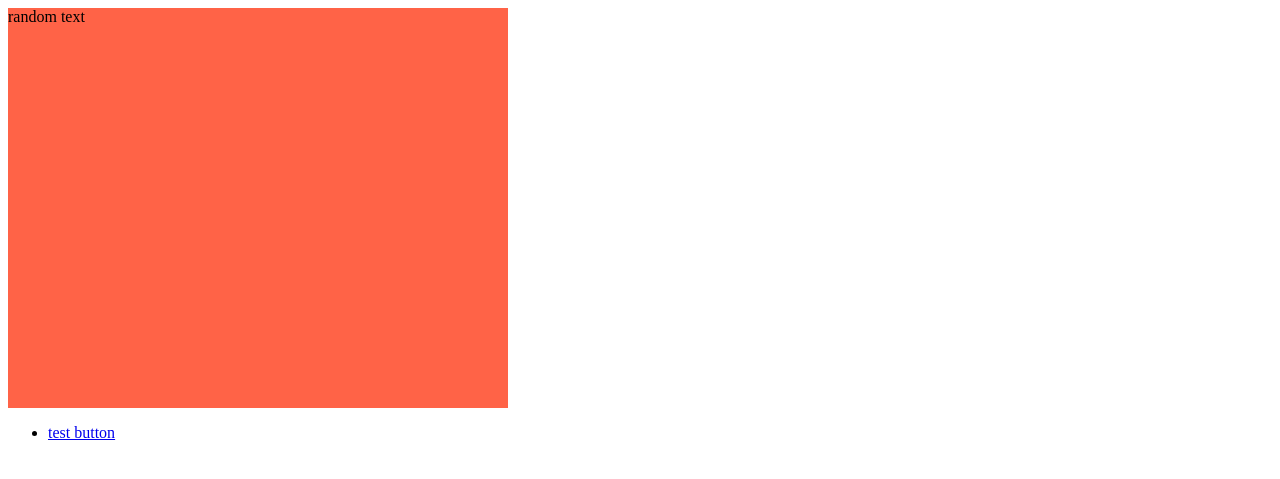
Repository: rohdejakub/portfolio
Page: test.html
The author's editor kept a copy of each file at every save. The page is drawn from the files as they stood at one save, then again after a run of saves.
The browser window is 1280 px wide. The pictures show the whole page.

Above is the page before, as saved 2018-11-13 00:08:58.

After the next 2 saves:
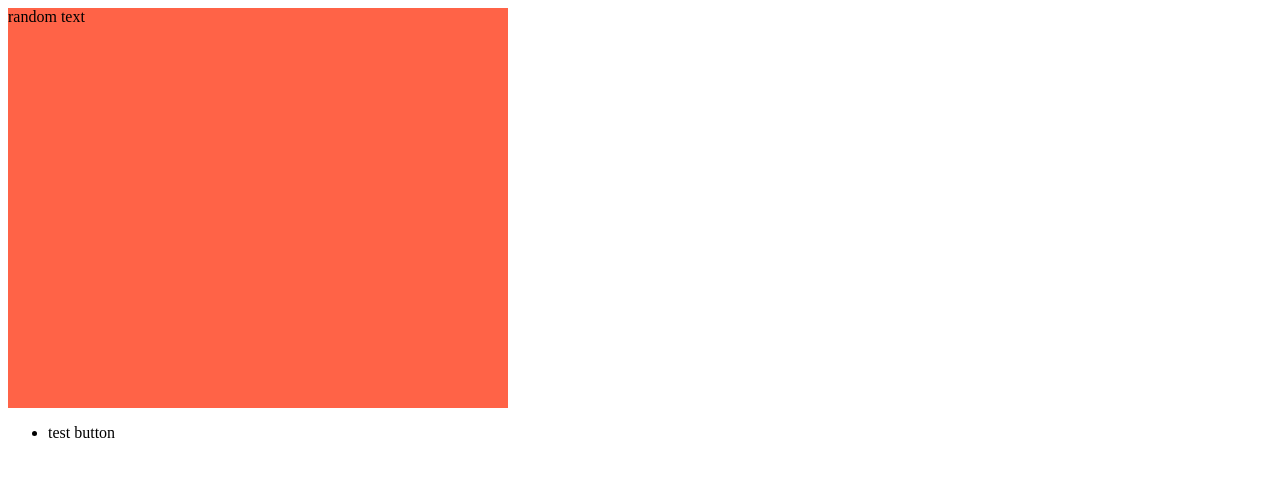
The 2 saves are shown as one change because they came seconds apart.
The last was saved 12 s later.
--- a/test.html
+++ b/test.html
@@ -11,7 +11,7 @@
 <body>
     <div id='test'> random text</div>
     <ul>
-        <li><a href="nn" id='button'>test button</a></li>
+        <li><a  id='button'>test button</a></li>
     </ul>
     <script>
     $('#button').click(function(){
